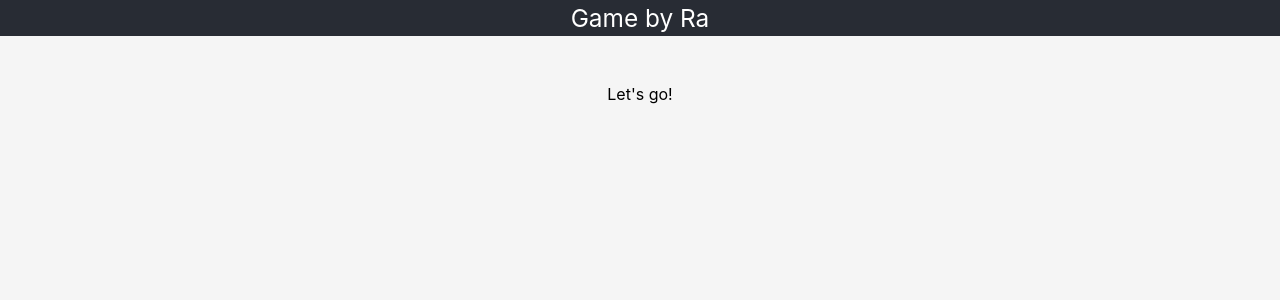
Repository: Sergioramasano/ramos-game
Page: /
An editor plug-in stored every save of this project. The page is shown before and after the next save, followed by the edit.
The browser window is 1280 px wide. The pictures show the whole page.
The project was rebuilt for these pictures with package versions that can differ from the ones it lists, and the page was loaded fresh each time.

Above is the page before, as saved 2021-02-11 14:23:49.

### public/index.html
<!DOCTYPE html>
<html lang="en">
  <head>
    <meta charset="utf-8" />
    <link rel="icon" href="%PUBLIC_URL%/favicon.ico" />
    <meta name="viewport" content="width=device-width, initial-scale=1" />
    <meta name="theme-color" content="#000000" />
    <meta
      name="description"
      content="Web site created using create-react-app"
    />
    <link rel="apple-touch-icon" href="%PUBLIC_URL%/logo192.png" />
    <link rel="manifest" href="%PUBLIC_URL%/manifest.json" />
    <title>Game by Ra</title>
  </head>
  <body>
    <noscript>You need to enable JavaScript to run this app.</noscript>
    <div id="root"></div>
  </body>
</html>

### src/App.js
import "./App.css";
import GameBox from "./components/GameBox/GameBox";

function App() {
  return (
    <div className="App">
      <header className="App-header">Game by Ra</header>
      <GameBox></GameBox>
    </div>
  );
}

export default App;

### src/App.css
.App {
  text-align: center;
}

.App-header {
  background-color: #282c34;
  height: 5vh;
  display: flex;
  flex-direction: column;
  align-items: center;
  justify-content: center;
  font-size: calc(10px + 2vmin);
  color: white;
}

### src/components/GameBox/GameBox.js
import React from "react";
import styles from "./Gamebox.module.css";

const GameBox = () => {
  return (
    <main className={styles.gamebox}>
      <p>Let's go!</p>
    </main>
  );
};

export default GameBox;

### src/components/GameBox/Gamebox.module.css
.gamebox {
  height: 95vh;
  background-color: whitesmoke;
  padding: 2rem;
  box-sizing: border-box;
}

Loaded but not shown: src/index.js (common file); src/index.css (common file)

After the next save:
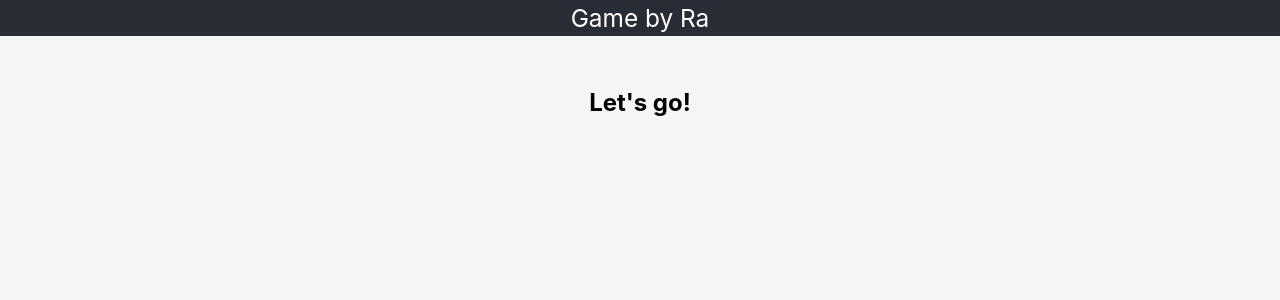
Saved 9 s later.
--- a/src/components/GameBox/GameBox.js
+++ b/src/components/GameBox/GameBox.js
@@ -4,7 +4,7 @@
 const GameBox = () => {
   return (
     <main className={styles.gamebox}>
-      <p>Let's go!</p>
+      <h2>Let's go!</h2>
     </main>
   );
 };
